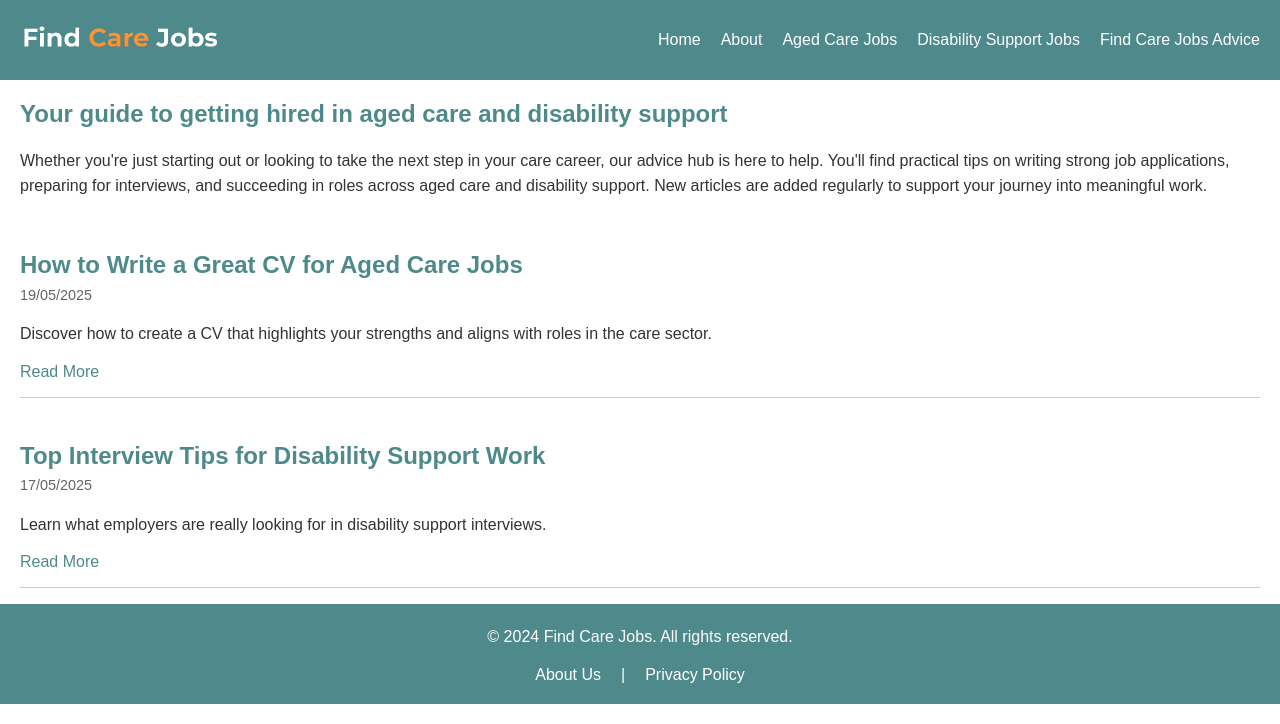
Repository: RichardCareJobs/find-care-jobs
Page: advice.html
An editor plug-in stored every save of this project. The page is shown before and after the next save, followed by the edit.
The browser window is 1280 px wide. The pictures show the whole page.

Above is the page before, as saved 2025-05-19 21:28:47.

After the next save:
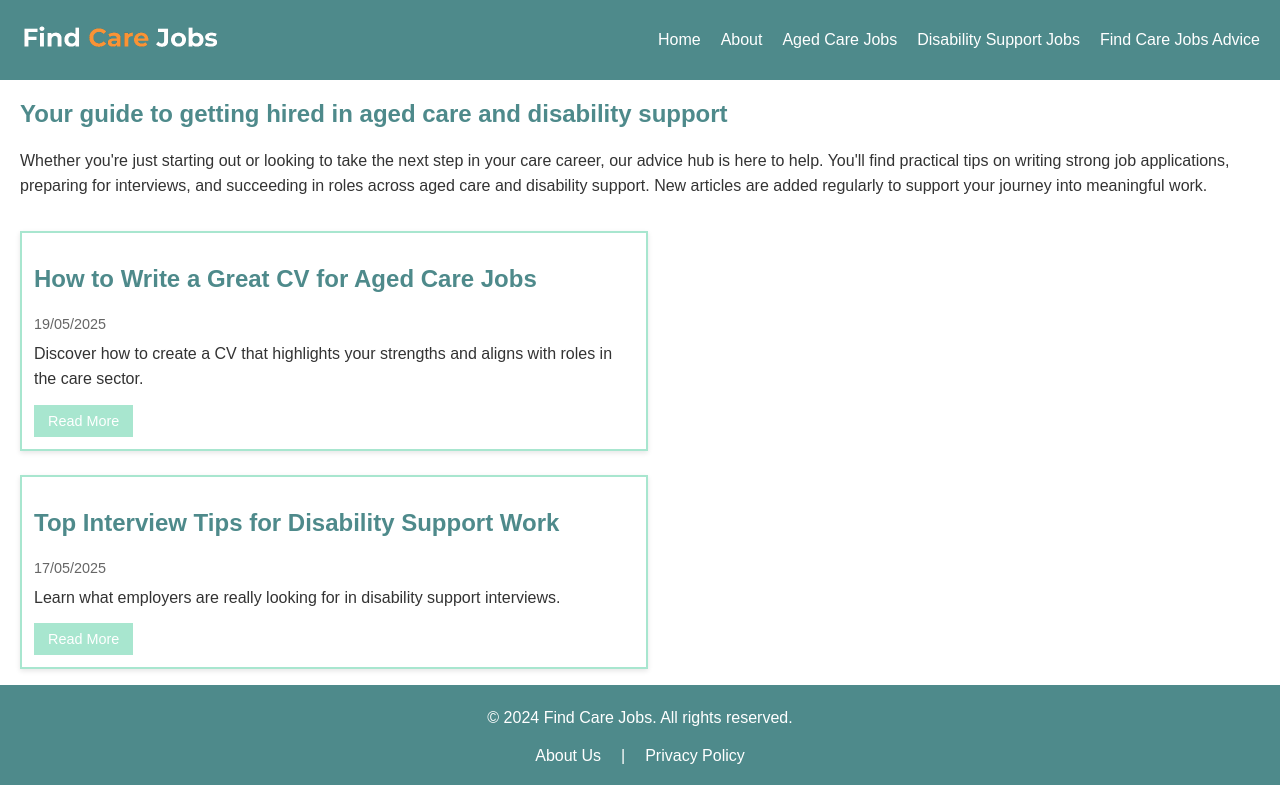
Saved 3 min 31 s later.
--- a/js/advice.js
+++ b/js/advice.js
@@ -11,7 +11,8 @@ document.addEventListener("DOMContentLoaded", () => {
   posts.sort((a, b) => new Date(b.date) - new Date(a.date));
       posts.forEach(post => {
         const article = document.createElement("article");
-        article.classList.add("advice-card");
+        article.classList.add("job-cards");
+
 
         article.innerHTML = `
           <h2><a href="posts/${post.slug}.html">${post.title}</a></h2>
